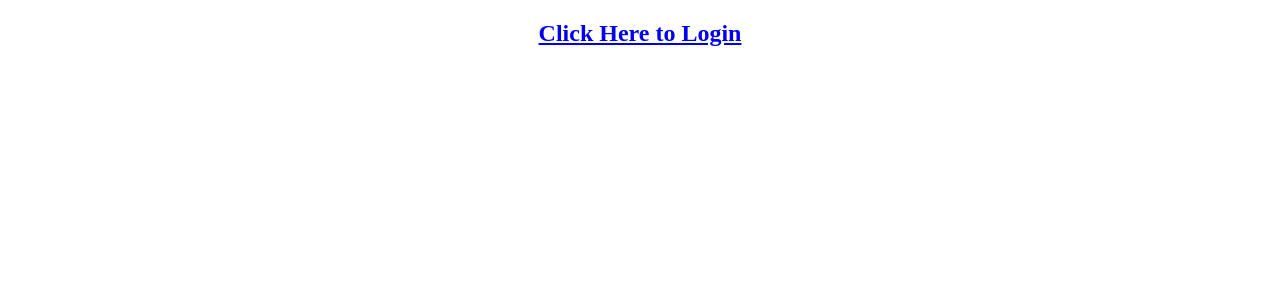
Repository: raviraj226/AdvanceJava
Page: http://localhost/Ravi_Maven/Index.jsp
The author's editor kept a copy of each file at every save. The page is drawn from the files as they stood at one save, then again after the next save.
The browser window is 1280 px wide. The pictures show the whole page.
The page is served by Tomcat 9.

Above is the page before, as saved 2022-03-16 07:17:10.

After the next save:
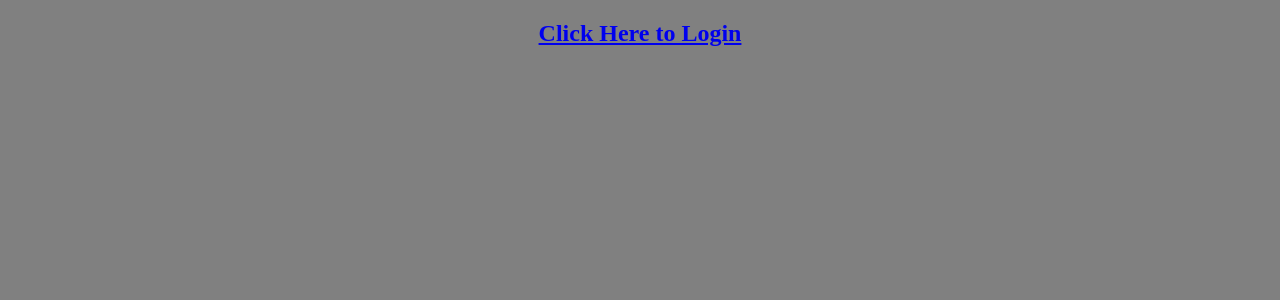
Saved 5 min 33 s later.
--- a/Advance Java/Ravi_Maven/src/main/webapp/Index.jsp
+++ b/Advance Java/Ravi_Maven/src/main/webapp/Index.jsp
@@ -6,7 +6,7 @@
 <meta charset="ISO-8859-1">
 <title>Insert title here</title>
 </head>
-<body bgcolor="white">
+<body bgcolor="grey">
 <h2 align="center">
 <a href="LoginWeb.jsp"> <b>Click Here to Login</b> </a>
 </h2>
